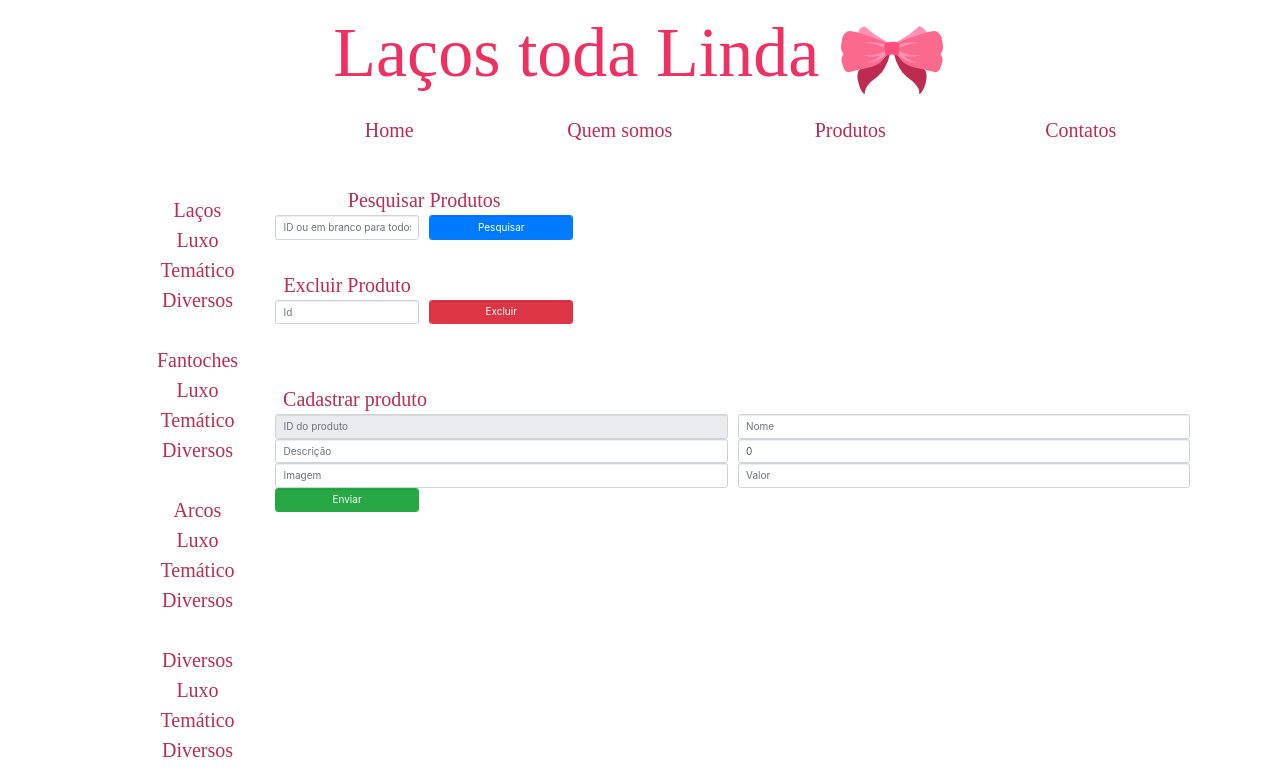
Repository: felipe-camilo/projin2
Page: http://localhost/projetointegrador/admin.jsp
These files come from the project's save history. The page is drawn as it stood at one moment and after the next save; the edit follows.
The browser window is 1280 px wide. The pictures show the whole page.
Some web fonts or font styles are not loaded; a fallback is used. The page is served by Tomcat 9.

Above is the page before, as saved 2022-03-30 01:47:44.

After the next save:
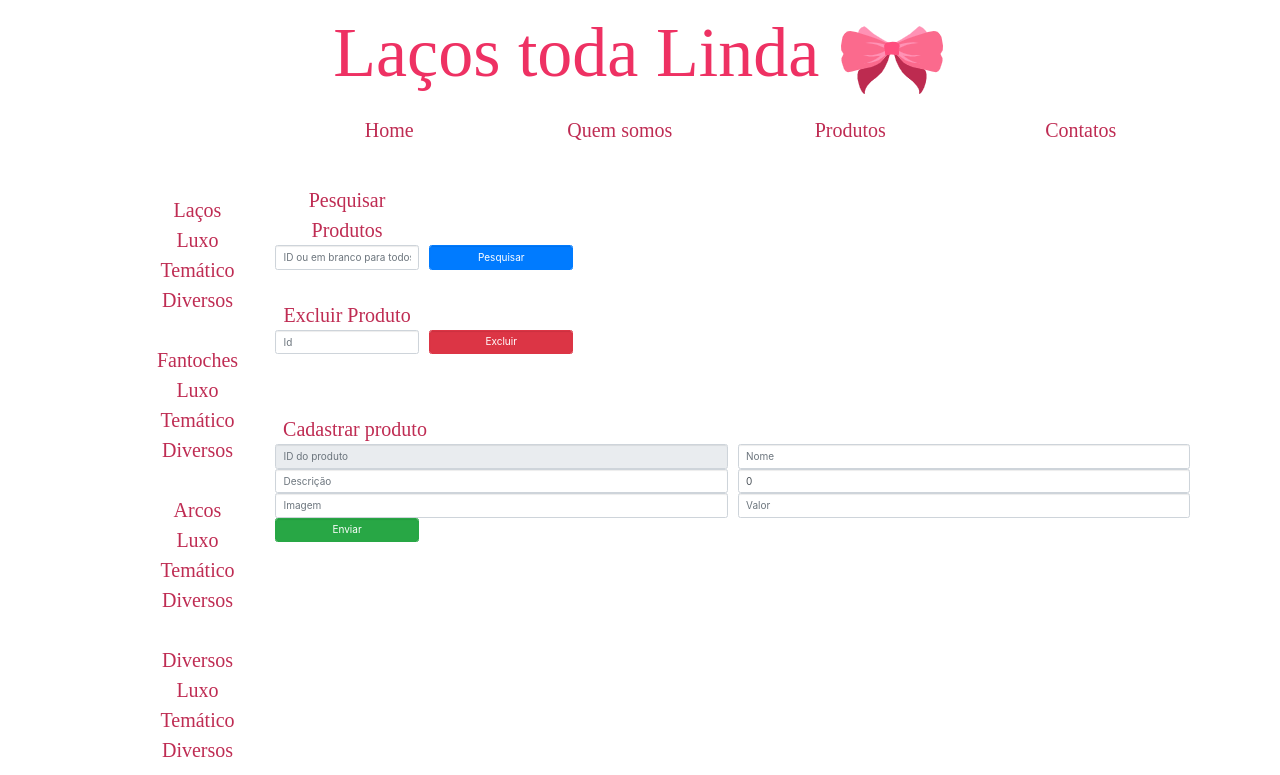
Saved 35 s later.
--- a/projetointegrador/src/main/webapp/admin.jsp
+++ b/projetointegrador/src/main/webapp/admin.jsp
@@ -151,32 +151,36 @@
 					</div>
 					<form action="consulta.jsp" method="get">
 						<div class="form-row">
-							<div class="col-4 menu-lateral-categoria">Pesquisar	Produtos</div>
-
-						</div>
-						<div class="form-row">
-							<div class="col-2">
-								<input type="text" class="form-control entrada" placeholder="ID ou em branco para todos" name="pesquisa">
-							</div>
-							<div class="col-2">
-								<input class="form-control btn-primary" type="submit" name="pesquisar"
-									value="Pesquisar">
+							<div class="col-2 menu-lateral-categoria">Pesquisar
+								Produtos</div>
+
+						</div>
+						<div class="form-row">
+							<div class="col-2">
+								<input type="text" class="form-control entrada"
+									placeholder="ID ou em branco para todos" name="pesquisa">
+							</div>
+							<div class="col-2">
+								<input class="form-control btn-primary" type="submit"
+									name="pesquisar" value="Pesquisar">
 							</div>
 						</div>
 					</form>
 
-								<form action="excluir.jsp" method="get">
+					<form action="excluir.jsp" method="get">
 						<div class="form-row">
 							<div class="col-2 menu-lateral-categoria">Excluir Produto</div>
 
 						</div>
 						<div class="form-row">
 							<div class="col-2">
-								<input type="number" class="form-control entrada" placeholder="Id" name="pesquisa" placeholder="Entre com o ID:" required>
-							</div>
-							<div class="col-2">
-								<input class="form-control btn-danger" type="submit" name="Excluir"
-									value="Excluir">
+								<input type="number" class="form-control entrada"
+									placeholder="Id" name="pesquisa" placeholder="Entre com o ID:"
+									required>
+							</div>
+							<div class="col-2">
+								<input class="form-control btn-danger" type="submit"
+									name="Excluir" value="Excluir">
 							</div>
 						</div>
 					</form>

After the save that followed:
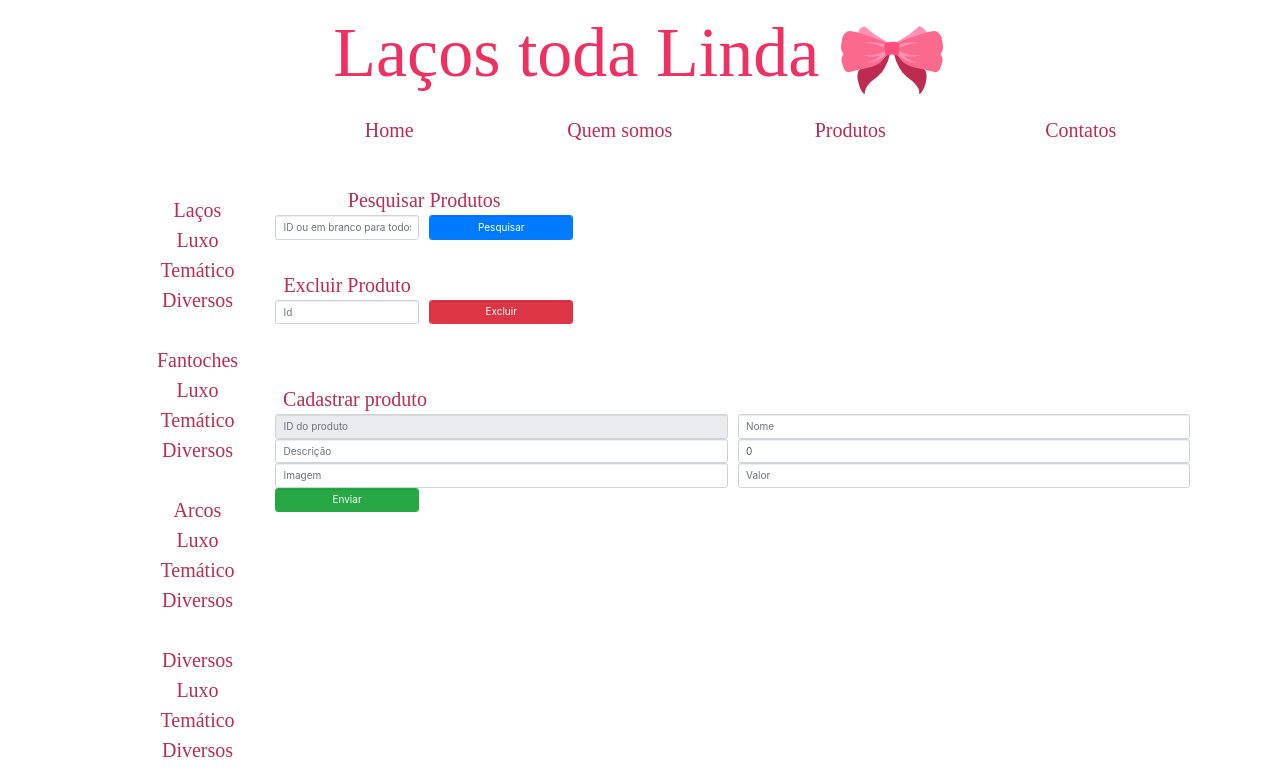
Saved 9 s later.
--- a/projetointegrador/src/main/webapp/admin.jsp
+++ b/projetointegrador/src/main/webapp/admin.jsp
@@ -151,7 +151,7 @@
 					</div>
 					<form action="consulta.jsp" method="get">
 						<div class="form-row">
-							<div class="col-2 menu-lateral-categoria">Pesquisar
+							<div class="col-4 menu-lateral-categoria">Pesquisar
 								Produtos</div>
 
 						</div>
